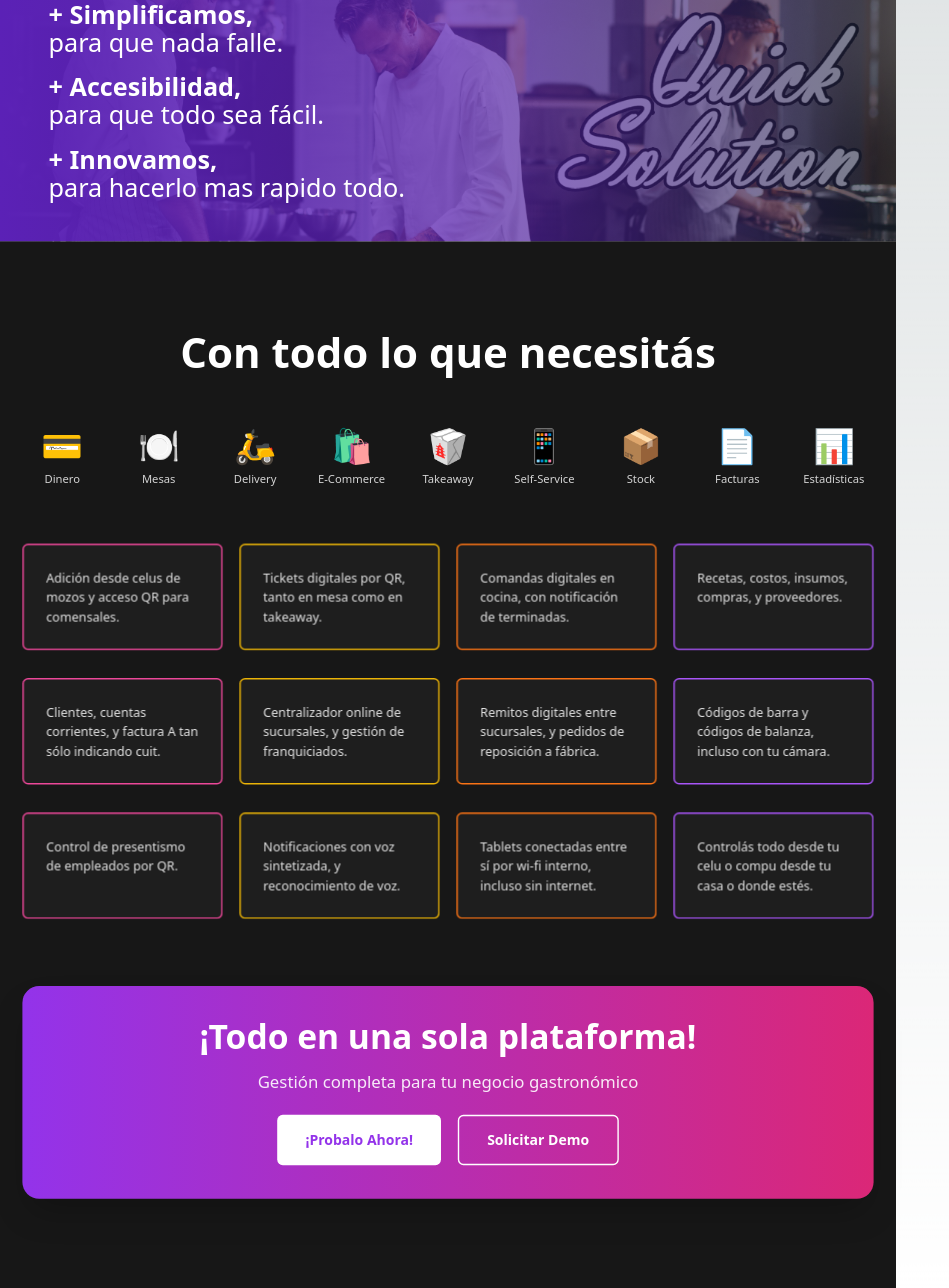
Repository: francoluca35/cmrestaurantes
Page: /
The author's editor kept a copy of each file at every save. The page is drawn from the files as they stood at one save, then again after the next save.
The browser window is 1280 px wide. The page is 1356 px wide, so the pictures cover 1356 px, including what lies to the right of the window. The pictures show the part of the page from y = 712 to 2552 px (the page is 2552 px tall before and 2152 px after), at 70% of full size.
The project was rebuilt for these pictures with package versions that can differ from the ones it lists, and the page was loaded fresh each time. The framework's server and built-in components were replaced by stand-ins that run in the browser. Also part of the build but not shown: next.config.mjs.

Above is the page before, as saved 2025-08-24 01:36:41.

### src/app/page.js
import Image from 'next/image'
import Hero from '@/components/home/Hero'
import Navbar from '@/components/layout/Navbar'
import ChefSection from '@/components/home/ChefSection'

import FeaturesGrid from '@/components/Funcionalidades/FeaturesGrid'

export default function Home() {
  return (
    <main className="min-h-screen bg-white">
      <Navbar />

      <div className="relative">
        {/* Hero Section */}
        <Hero />

        {/* Chef Section */}
        <ChefSection />



        {/* Features Grid Section */}
        <FeaturesGrid />
      </div>
    </main>
  )
}

### src/components/home/Hero.js
import Image from 'next/image'

export default function Hero() {
  return (
    <section className="relative  py-20 px-4 sm:px-6 lg:px-8 bg-gradient-to-br from-purple-950 to-gray-700 z-10">
      <div className="max-w-7xl mx-auto">
        {/* Layout responsive */}
        <div className="flex -mt-10 flex-col xl:grid xl:grid-cols-2 gap-12 items-center">

          {/* Imagen arriba en mobile/tablet, derecha en desktop */}
          <div className="order-1 xl:order-2 flex justify-center items-center w-full">
            <div className="relative z-20 w-full flex justify-center">

              {/* Imagen para Tablet/Mobile - Hidden en Desktop */}
              <Image
                src="/Assets/FONDOOFICIAL.png"
                alt="Pantalla principal del sistema"
                width={800}
                height={800}
                className="w-full sm:w-full xl:hidden h-auto object-contain"
                priority
              />

              {/* Imagen para Desktop - Hidden en Tablet/Mobile */}
              <Image
                src="/Assets/FONDOOFICIAL.png"
                alt="Pantalla principal del sistema"
                width={800}
                height={800}
                className="hidden xl:block  max-w-[4000px] h-auto object-contain"
                priority
              />

            </div>
          </div>

          {/* Texto abajo en mobile/tablet, izquierda en desktop */}
          <div className="order-2 xl:order-1 text-center xl:text-left">
            <h1 className="text-4xl md:text-6xl lg:text-7xl font-bold text-gray-200 mb-6 leading-tight">
            hacemos que tus clientes vean la
              <span className="block text-transparent bg-clip-text bg-gradient-to-r from-gray-500 to-purple-400">

              </span>
              <span className="block text-transparent bg-clip-text bg-gradient-to-r from-gray-500 to-purple-400">
             velocidad de tu atención.
              </span>
            </h1>

            <div className="space-y-4 mb-8">
              <p className="text-lg md:text-xl text-gray-100">
                <span className="font-semibold text-cyan-500">Tenemos la solución a todos tus problemas. </span><br />
               Hace que tu rendimiento sea mas rapido y eficiente.
              </p>

            </div>

            <div className="flex flex-col sm:flex-row gap-4 justify-center xl:justify-start">
              <button className="bg-gradient-to-r from-cyan-900 to-gray-800 text-white px-8 py-4 rounded-lg text-lg font-semibold hover:shadow-xl transition-all duration-200 transform hover:scale-105">
                ¡Contactate con nosotros!
              </button>
              <button className="border-2 border-cyan-500 text-cyan-500 px-8 py-4 rounded-lg text-lg font-semibold hover:bg-gray-800 transition-colors">
                Ver Demo
              </button>
            </div>
          </div>

        </div>
      </div>
    </section>

  )
}

### src/components/layout/Navbar.js
import Image from 'next/image'
import Link from 'next/link'

export default function Navbar() {
  return (
    <header className="fixed top-0 left-0 right-0 z-50 bg-neutral-900 shadow-sm">
      <div className="max-w-7xl mx-auto px-4 sm:px-6 lg:px-8">
        <div className="flex justify-between items-center py-4">
          <div className="flex items-center">
            <div className="w-32 h-16 flex items-center justify-center">
              <Image
                src="/Assets/logo-sletra.png"
                alt="CM Restaurantes Logo"
                width={400}
                height={400}
                className="w-full h-full object-contain"
              />
            </div>

          </div>

          {/* Navigation - Hidden on mobile, visible on tablet and desktop */}
          <nav className="hidden sm:flex space-x-4 md:space-x-8">
            <a href="#caracteristicas" className="text-gray-100 hover:text-violet-500 transition-colors text-sm md:text-base">Características</a>
            <a href="#modulos" className="text-gray-100 hover:text-violet-500 transition-colors text-sm md:text-base">Módulos</a>
            <a href="#precios" className="text-gray-100 hover:text-violet-500 transition-colors text-sm md:text-base">Precios</a>
            <a href="#contacto" className="text-gray-100 hover:text-violet-500 transition-colors text-sm md:text-base">Contacto</a>
          </nav>

          {/* Button - Responsive sizing */}
          <button className="bg-gradient-to-r from-violet-900 to-cyan-800 text-white px-4 py-2 md:px-6 md:py-2 rounded-lg hover:shadow-lg transition-shadow text-sm md:text-base">
            ¡Probar Ahora!
          </button>
        </div>
      </div>
    </header>
  )
}

### src/components/home/ChefSection.js
import Image from "next/image"

export default function ChefSection() {
  return (
    <section className="relative overflow-visible h-[400px] ">
                    {/* Fondo con imagen */}
       <div className="absolute inset-0 bg-cover bg-center"
         style={{
           backgroundImage: "url('/Assets/fondo-interludio.jpg')"
         }}
       ></div>

       {/* Gradiente que difumina del color sólido hacia la imagen */}
       <div className="absolute inset-0 bg-gradient-to-r from-violet-800 via-violet-800/70 to-gray-800/60"></div>

             <div className="relative max-w-7xl mx-auto px-6 lg:px-8 h-full flex items-center">
         <div className="grid lg:grid-cols-2 gap-12 items-center w-full">

           {/* Lado izquierdo con color sólido */}
           <div className="h-full flex items-center justify-center">
             <div className="text-white text-center lg:text-left space-y-6">
               <h2 className="text-3xl md:text-4xl font-bold leading-tight">
                 + <span className="text-white">Simplificamos,</span><br />
                 <span className="font-normal">para que nada falle.</span>
               </h2>
               <h2 className="text-3xl md:text-4xl font-bold leading-tight">
                 + <span className="text-white">Accesibilidad,</span><br />
                 <span className="font-normal">para que todo sea fácil.</span>
               </h2>
               <h2 className="text-3xl md:text-4xl font-bold leading-tight">
                 + <span className="text-white">Innovamos,</span><br />
                 <span className="font-normal">para hacerlo mas rapido todo.</span>
               </h2>
             </div>
           </div>


         </div>
       </div>
    </section>
  )
}

### src/components/Funcionalidades/FeaturesGrid.js
export default function FeaturesGrid() {
  const featureCategories = [
    { name: "dinero", icon: "💳", color: "text-orange-500" },
    { name: "mesas", icon: "🍽️", color: "text-pink-500" },
    { name: "delivery", icon: "🛵", color: "text-purple-500" },
    { name: "e-commerce", icon: "🛍️", color: "text-orange-500" },
    { name: "takeaway", icon: "🥡", color: "text-pink-500" },
    { name: "self-service", icon: "📱", color: "text-orange-500" },
    { name: "stock", icon: "📦", color: "text-pink-500" },
    { name: "facturas", icon: "📄", color: "text-purple-500" },
    { name: "estadísticas", icon: "📊", color: "text-yellow-500" }
  ]

  const detailedFeatures = [
    [
      {
        text: "Adición desde celus de mozos y acceso QR para comensales.",
        borderColor: "border-pink-500"
      },
      {
        text: "Tickets digitales por QR, tanto en mesa como en takeaway.",
        borderColor: "border-yellow-500"
      },
      {
        text: "Comandas digitales en cocina, con notificación de terminadas.",
        borderColor: "border-orange-500"
      },
      {
        text: "Recetas, costos, insumos, compras, y proveedores.",
        borderColor: "border-purple-500"
      }
    ],
    [
      {
        text: "Clientes, cuentas corrientes, y factura A tan sólo indicando cuit.",
        borderColor: "border-pink-500"
      },
      {
        text: "Centralizador online de sucursales, y gestión de franquiciados.",
        borderColor: "border-yellow-500"
      },
      {
        text: "Remitos digitales entre sucursales, y pedidos de reposición a fábrica.",
        borderColor: "border-orange-500"
      },
      {
        text: "Códigos de barra y códigos de balanza, incluso con tu cámara.",
        borderColor: "border-purple-500"
      }
    ],
    [
      {
        text: "Control de presentismo de empleados por QR.",
        borderColor: "border-pink-500"
      },
      {
        text: "Notificaciones con voz sintetizada, y reconocimiento de voz.",
        borderColor: "border-yellow-500"
      },
      {
        text: "Tablets conectadas entre sí por wi-fi interno, incluso sin internet.",
        borderColor: "border-orange-500"
      },
      {
        text: "Controlás todo desde tu celu o compu desde tu casa o donde estés.",
        borderColor: "border-purple-500"
      }
    ]
  ]

  return (
         <section className="py-16 sm:py-20 md:py-24 lg:py-28 xl:py-32 bg-neutral-900">
      <div className="max-w-7xl mx-auto px-4 sm:px-6 lg:px-8">
        {/* Título */}
        <div className="text-center mb-12 sm:mb-16 lg:mb-20">
          <h2 className="text-3xl sm:text-4xl md:text-5xl lg:text-6xl font-bold text-white mb-4 sm:mb-6 leading-tight">
            Con todo lo que necesitás
          </h2>
        </div>

        {/* Categorías de funcionalidades */}
        <div className="grid grid-cols-3 sm:grid-cols-5 lg:grid-cols-9 gap-4 sm:gap-6 mb-12 sm:mb-16 lg:mb-20">
          {featureCategories.map((category, index) => (
            <div key={index} className="text-center group">
              <div className={`text-3xl sm:text-4xl lg:text-5xl mb-2 sm:mb-3 group-hover:scale-110 transition-transform duration-300 ${category.color}`}>
                {category.icon}
              </div>
                             <p className="text-xs sm:text-sm lg:text-base text-neutral-300 font-medium capitalize">
                {category.name}
              </p>
            </div>
          ))}
        </div>

        {/* Descripciones detalladas */}
        <div className="space-y-6 sm:space-y-8 lg:space-y-10">
          {detailedFeatures.map((row, rowIndex) => (
            <div key={rowIndex} className="grid grid-cols-1 sm:grid-cols-2 lg:grid-cols-4 gap-4 sm:gap-6">
              {row.map((feature, featureIndex) => (
                <div
                  key={featureIndex}
                                     className={`p-4 sm:p-6 lg:p-8 rounded-lg border-2 ${feature.borderColor} bg-neutral-800/50 backdrop-blur-sm hover:bg-neutral-800/70 transition-all duration-300 transform hover:-translate-y-1 hover:shadow-lg`}
                >
                                     <p className="text-sm sm:text-base lg:text-lg text-neutral-200 leading-relaxed">
                    {feature.text}
                  </p>
                </div>
              ))}
            </div>
          ))}
        </div>

        {/* Call to Action */}
        <div className="mt-16 sm:mt-20 lg:mt-24 text-center">
          <div className="bg-gradient-to-r from-purple-600 to-pink-600 rounded-2xl sm:rounded-3xl p-6 sm:p-8 lg:p-12 text-white shadow-2xl">
            <h3 className="text-2xl sm:text-3xl md:text-4xl lg:text-5xl font-bold mb-4 sm:mb-6 leading-tight">
              ¡Todo en una sola plataforma!
            </h3>
            <p className="text-lg sm:text-xl md:text-2xl mb-6 sm:mb-8 opacity-90 leading-relaxed">
              Gestión completa para tu negocio gastronómico
            </p>
            <div className="flex flex-col sm:flex-row gap-4 sm:gap-6 justify-center">
              <button className="bg-white text-purple-600 px-6 sm:px-8 lg:px-10 py-3 sm:py-4 lg:py-5 rounded-lg text-base sm:text-lg lg:text-xl font-semibold hover:shadow-xl transition-all duration-300 transform hover:scale-105 focus:outline-none focus:ring-4 focus:ring-white/50">
                ¡Probalo Ahora!
              </button>
              <button className="border-2 border-white text-white px-6 sm:px-8 lg:px-10 py-3 sm:py-4 lg:py-5 rounded-lg text-base sm:text-lg lg:text-xl font-semibold hover:bg-white hover:text-purple-600 transition-all duration-300 focus:outline-none focus:ring-4 focus:ring-white/50">
                Solicitar Demo
              </button>
            </div>
          </div>
        </div>
      </div>
    </section>
  )
}

Loaded but not shown: src/app/layout.js (common file); src/app/globals.css (common file); tailwind.config.js (common file)

After the next save:
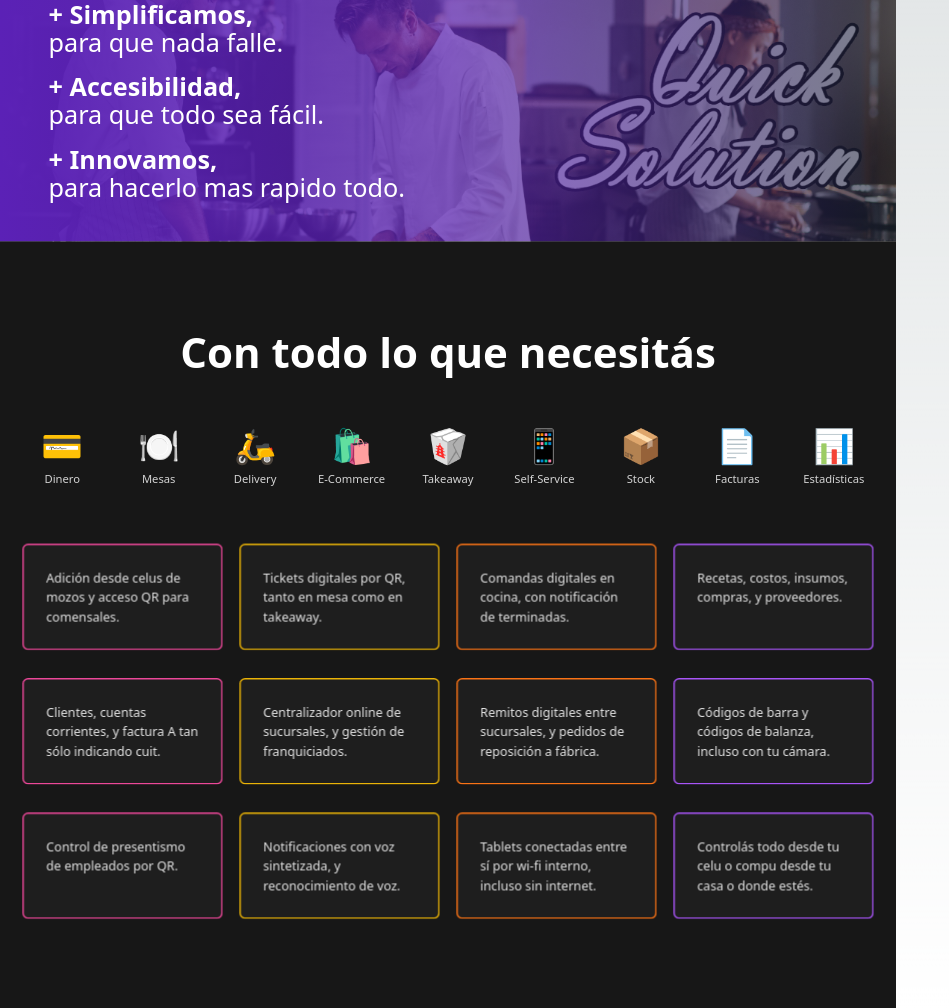
Saved 42 s later.
--- a/src/components/Funcionalidades/FeaturesGrid.js
+++ b/src/components/Funcionalidades/FeaturesGrid.js
@@ -111,24 +111,7 @@
         </div>
 
         {/* Call to Action */}
-        <div className="mt-16 sm:mt-20 lg:mt-24 text-center">
-          <div className="bg-gradient-to-r from-purple-600 to-pink-600 rounded-2xl sm:rounded-3xl p-6 sm:p-8 lg:p-12 text-white shadow-2xl">
-            <h3 className="text-2xl sm:text-3xl md:text-4xl lg:text-5xl font-bold mb-4 sm:mb-6 leading-tight">
-              ¡Todo en una sola plataforma!
-            </h3>
-            <p className="text-lg sm:text-xl md:text-2xl mb-6 sm:mb-8 opacity-90 leading-relaxed">
-              Gestión completa para tu negocio gastronómico
-            </p>
-            <div className="flex flex-col sm:flex-row gap-4 sm:gap-6 justify-center">
-              <button className="bg-white text-purple-600 px-6 sm:px-8 lg:px-10 py-3 sm:py-4 lg:py-5 rounded-lg text-base sm:text-lg lg:text-xl font-semibold hover:shadow-xl transition-all duration-300 transform hover:scale-105 focus:outline-none focus:ring-4 focus:ring-white/50">
-                ¡Probalo Ahora!
-              </button>
-              <button className="border-2 border-white text-white px-6 sm:px-8 lg:px-10 py-3 sm:py-4 lg:py-5 rounded-lg text-base sm:text-lg lg:text-xl font-semibold hover:bg-white hover:text-purple-600 transition-all duration-300 focus:outline-none focus:ring-4 focus:ring-white/50">
-                Solicitar Demo
-              </button>
-            </div>
-          </div>
-        </div>
+
       </div>
     </section>
   )
